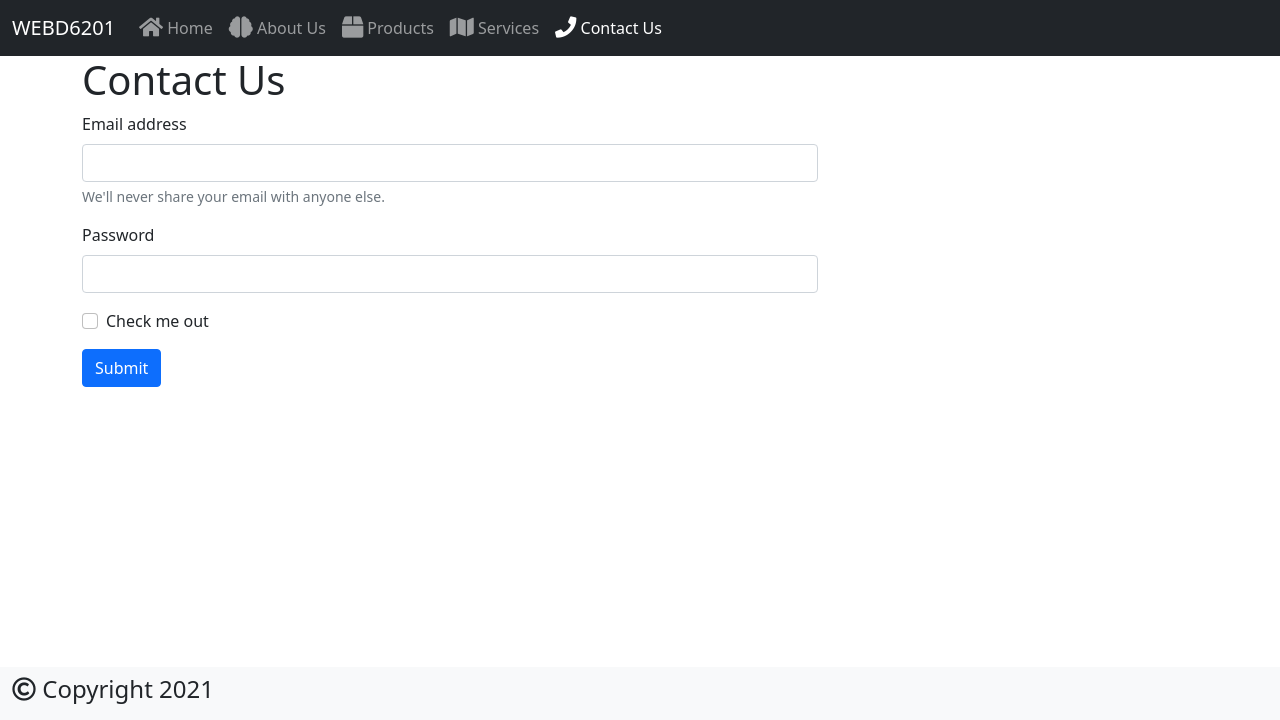
Repository: AshokSasi/WEBD6201-Week3
Page: contact.html
These files come from the project's save history. The page is drawn as it stood at one moment and after the next save; the edit follows.
The browser window is 1280 px wide. The pictures show the whole page.

Above is the page before, as saved 2021-01-21 10:20:19.

After the next save:
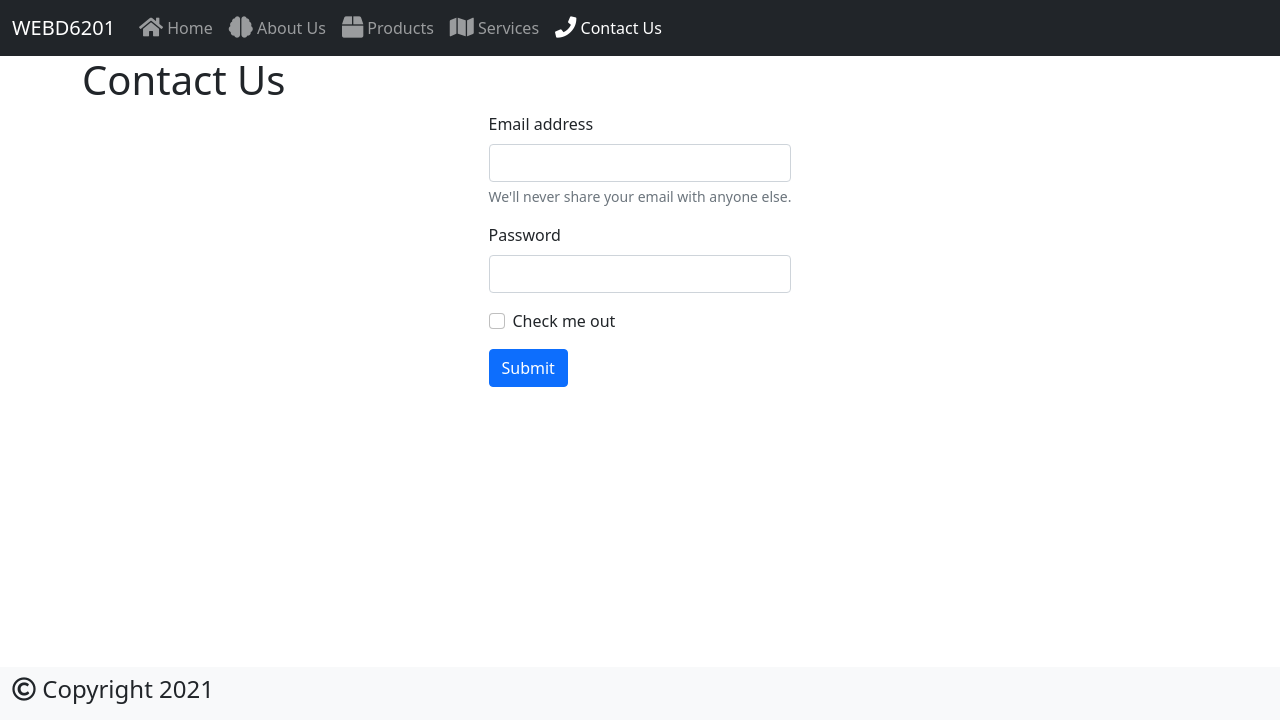
Saved 2 min 26 s later.
--- a/contact.html
+++ b/contact.html
@@ -48,9 +48,8 @@
         <h1>Contact Us</h1>
 
         <!--Contact us form-->
-        <div class="row">
-
-          <form class="col-8">
+        <div class="row justify-content-md-center">
+          <form class="col-md-auto">
             <div class="mb-3">
               <label for="exampleInputEmail1" class="form-label">Email address</label>
               <input type="email" class="form-control" id="exampleInputEmail1" aria-describedby="emailHelp">
